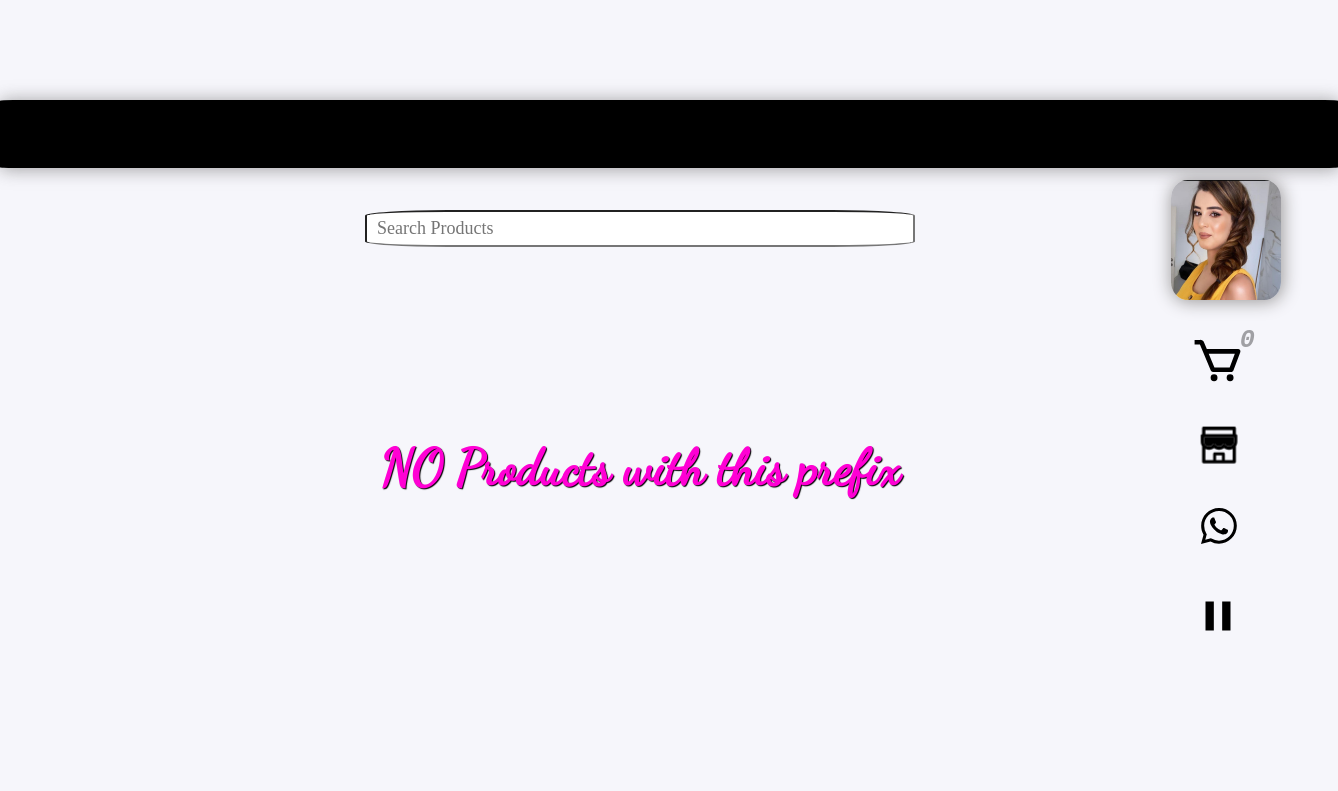
Repository: rehamAbass/BeautyCareShop
Page: /
These files come from the project's save history. The page is drawn as it stood at one moment and after the next save; the edit follows.
The browser window is 1280 px wide. The page is 1338 px wide, so the pictures cover 1338 px, including what lies to the right of the window. The pictures show the whole page.
The page's requests for data from a server got no answer. Some web fonts or font styles are not loaded; a fallback is used. The project was rebuilt for these pictures with package versions that can differ from the ones it lists, and the page was loaded fresh each time. No one was signed in, and anything a server would have sent is missing. Also part of the build but not shown: src/components/allProducts/prod/card.css, src/components/allProducts/prod/card.component.jsx, src/components/myCart/myCart.css, src/components/myCart/cartProduct/cartProduct.css, src/components/myCart/cartProduct/cartProduct.jsx, src/components/myCart/Payment/Pay.css, src/components/myCart/Payment/Pay.jsx, src/components/myCart/myCart.jsx. Imported but missing from the stored project, and not drawn on this page: src/components/header/music/ed.mp3.

Above is the page before, as saved 2022-06-08 17:37:36.

### public/index.html
<!DOCTYPE html>
<html lang="en">
  </style>
  <head>
    <meta charset="utf-8" />
    <link rel="icon" href="" />
    <meta name="viewport" content="width=device-width, initial-scale=1" />
    <meta name="theme-color" content="#000000" />
    <meta
      name="description"
      content="Web site created using create-react-app"
    />
    <link rel="apple-touch-icon" href="" />
    <link rel="manifest" href="%PUBLIC_URL%/manifest.json" />
    <link rel="preconnect" href="https://fonts.googleapis.com">
    <link rel="preconnect" href="https://fonts.gstatic.com" crossorigin>
    <link href="https://fonts.googleapis.com/css2?family=Bigelow+Rules&display=swap" rel="stylesheet">
    <link rel="preconnect" href="https://fonts.googleapis.com">
    <link rel="preconnect" href="https://fonts.gstatic.com" crossorigin>
    <link href="https://fonts.googleapis.com/css2?family=Bigelow+Rules&family=Dancing+Script&display=swap"
      rel="stylesheet">
    <title color:'purble'>BeautyShop💄</title>
  </head>
  <body>

    <div id="root"></div>
  </body>
</html>

<!--
  <video id="video1" loop="" muted="" src="https://prod-streaming-video-msn-com.akamaized.net/aa5cb260-7dae-44d3-acad-3c7053983ffe/1b790558-39a2-4d2a-bcd7-61f075e87fdd.mp4"></video>

 -->

### src/App.js

// import React from 'react'
import CardList from './components/allProducts/card-list.component';
import SearchBox from './components/search-box/search-box.component';
import './App.css'
import axios from "axios";
import React, { Component } from "react";
import Header from './components/header/header.component.jsx'
import { useState, useEffect } from 'react';
import Cart from './components/myCart/myCart.jsx'

const App = () => {
  const [products, setProducts] = useState([]);
  const [cartProducts, setCartProducts] = useState([]);
  const [filteredProducts, setFilteredProducts] = useState(products);
  const [searchString, setSearchString] = useState('');
  const [showCart, setShowCart] = useState(false);
    const [cartCounter, setCartCounter] = useState(0);
      const [Sum, setSum] = useState(0);
      const [imgs, setImgs] = useState([])

  //==========================================================================
  const   getDataFromDB= async ()=> {
    const response = await axios.get("http://localhost:8000/products/");
    setCartProducts(response);
  }
  //===========================================================
  const deleteProd = async (id) => {
    let response = await axios.delete(
      `http://localhost:8000/product/${id}`
    );
  }
  //=============================================================
  const saveProd = async (p) => {
    const response = await axios.post(
      "http://localhost:8000/product",p
    );
  }

   const  updateProd = async (p) => {
    const response = await axios.put(
      "http://localhost:8000/product",p
    );
  }
  //============================================================================
  useEffect(() => {
    fetch('http://makeup-api.herokuapp.com/api/v1/products.json?brand=maybelline')
      .then((res) => res.json())
      .then((users) => {
          users = users.map(user => (
         {id:user.id,
         name:user.name,
         brand:user.brand,
         price:user.price,
        image_link:user.image_link,
         product_link:user.product_link,
         description:user.description,
        rating:user.rating,
         product_type:user.product_type,
          product_api_url:user.product_api_url,
          product_colors:user.product_colors,
        amount:0
         }))


         getDataFromDB();
        setFilteredProducts(users);
        setProducts(users);
        setImgs(users.map((u)=>(u.image_link)));
      })
  }, []); // it runs only one time - no need to call it in each render because [] is empty !!
  //=========================================================================================
  useEffect(() => {
    let filteredgroup = products.filter((p) => p.name.toLowerCase().includes(searchString));
    setFilteredProducts(filteredgroup);
  }, [products, searchString])

  //========================================================================================
  const onSearchChanged = (event) => {
    let input = event.target.value.toLowerCase();
    setSearchString(input);
  }
  //=========================================================================================
  const addProduct=(product)=>{
        let updatePro = cartProducts.filter(p=> p.id === product.id);
     if(updatePro.length>0){
       // it means that YES the product exists before in Cart! just increase the amount of it:
       updatePro = updatePro[0];
       updatePro.amount +=1;
        let newarray = cartProducts.map(p=>( p.id === product.id ? updatePro:p )) ;
        setCartProducts(newarray);
     }else{
        let newProductToAdd = {...product, amount:1};
         setCartProducts([...cartProducts,newProductToAdd ]);
         saveProd(product);
         updateProd();
     }

      }
  //=================================================================================
  //    ,
  const deleteProduct = (product) => {
    let newArr = cartProducts.filter(p => p.id !== product.id);
    setCartProducts(newArr);
    deleteProd(product.id);
  }
 //===================================================================================
   const decreaseProduct=(product)=>{

     if(product.amount >1){
       let update = product;
       update.amount -=1;
        let newarray = cartProducts.map(p=>(p.id === product.id ? update:p )) ;
     setCartProducts(newarray);
     }else{ // amount was  === 1
        let newArr = cartProducts.filter(p=> p.id !== product.id);
         setCartProducts(newArr);
     }
      }
 //===================================================================================
useEffect(()=>{
  console.log("useEffect, cartProduct changes, so counter changes");
  let all =0;
  let summ=0;
  for(let p of cartProducts){
     all = all+p.amount;
    summ = summ+ (p.amount * p.price);
}
    setSum(summ);
    setCartCounter(all);
},[cartProducts]);

//====================================================================================
  useEffect(()=>{
    console.log("open Cart = ",showCart);
  },[showCart])
 //=========================================================================================
const HandleCart =(val)=>{
  setShowCart(val);
}
 const handleSumCount = ()=>{
  setSum(0);
  setCartProducts([]);
  setCartCounter(0);

 }
 //=========================================================================================
  return (
    <div className="App">
      <header className="App-header">
        <Header counter ={cartCounter}
        imgs={imgs}
        handleCart = {HandleCart}/>
        {showCart === false &&
          <div>
           <SearchBox
          className='search-box2'
          searchHandler={onSearchChanged}
          group={filteredProducts}
        />
            <CardList
              group={filteredProducts}
               addProduct={addProduct} />
        </div>

        }
          {(showCart === true) &&
            <Cart sum ={Sum} group={cartProducts}
           addProduct={addProduct}
            deleteProduct={deleteProduct}
            decreaseProduct={decreaseProduct}
              handleSumCount={handleSumCount}
            />
          }
      </header>
    </div>
  )
}

export default App;

### src/components/allProducts/card-list.component.jsx

import './card-list.css'
import Card from './prod/card.component'
import React from 'react'

const CardList = ({ group ,addProduct}) => {
    return (
        <div className='card-list'>
            {group.map((p,i) =>
                (
                    <Card
                    key={i}
                    product={p}
                     addProduct={addProduct}/>
                )
            )
            }
        </div >

    )
}

export default CardList;

### src/components/search-box/search-box.component.jsx

import React from 'react'
import './search-box.css'


const SearchBox = ({ className, placeholder, searchHandler, group }) => {

    return (
        <div className='search-box'>
            <input
                className={className}
                type='search'
                placeholder='Search Products'
                onChange={searchHandler}
                style={{
                     fontStyle:'unset', fontStretch: 'extra-expanded'
                , fontSize:'large', borderRadius:'15%'}}
            />
            {group.length === 0 ?
                <div className='alert2'> NO Products with this prefix </div> : ''}
        </div>
    )
}


export default SearchBox;

### src/App.css
body {
  margin: 0;
  padding: 0;
  font-family: -apple-system, BlinkMacSystemFont, 'Segoe UI', 'Roboto', 'Oxygen',
    'Ubuntu', 'Cantarell', 'Fira Sans', 'Droid Sans', 'Helvetica Neue',
    sans-serif;
    background-color:rgba(192, 190, 228, 0.135);
  -webkit-font-smoothing: antialiased;
  -moz-osx-font-smoothing: grayscale;
  text-align: center;
}



















/* -------------------------------------------------------------------------------------- */

/* .App {
  text-align: center;
}

.App-logo {
  height: 40vmin;
  pointer-events: none;
}

@media (prefers-reduced-motion: no-preference) {
  .App-logo {
    animation: App-logo-spin infinite 20s linear;
  }
}

.App-header {
  background-color: #2d5cba;
  min-height: 100vh;
  display: flex;
  flex-direction: column;
  align-items: center;
  justify-content: center;
  font-size: calc(10px + 2vmin);
  color: white;
}

.App-link {
  color: #61dafb;
}

@keyframes App-logo-spin {
  from {
    transform: rotate(0deg);
  }
  to {
    transform: rotate(360deg);
  }
}

*/

### src/components/header/header.component.jsx
import React from 'react'
import './header.css'
import Music from './music/music.component';
import fatme from './fatme.jpeg'
import CartIcon from './cartIcon/cartIcon.component';
import {BsWhatsapp} from 'react-icons/bs'
import {AiTwotoneShop} from 'react-icons/ai'

const Header = ({counter,imgs, handleCart}) => {
    return (
        <div className='headClass'>
        <div className='imgs'>
            {imgs.map((link, i) => (
                    (i>=19 && i <29)&&<img
                    style={{transform:'scale(1)' ,  margin:'0px'}}
                    key={i}
                    src={link} alt='prod' />

            ))}
        </div>

            <img className='myImg' src={fatme} alt='me'
            />
               <CartIcon
            counter={counter}
             handleCart={handleCart}
            />
            <AiTwotoneShop
            className='goHome'
                onClick={() => {
                     handleCart(false)}}
            />
            <h4 className='title' >
                <marquee direction='left' loop='2' >Fatima Beauty Care Shop</marquee>
            </h4>


            <Music />


            <a  className='whatsApp'  aria-label="whats"
                target="_blank" rel="noopener"
                href="https://api.whatsapp.com/send?phone=972543656019&text=hello%20Fatima%20from%20your%20BeautyCareShop%20Website%20💄"
              >
              <BsWhatsapp/>
            </a>
        </div>
    )
}

export default Header;

### src/components/allProducts/card-list.css
.card-list {
     width: 1100px;
    margin-left: 4%;
    display: grid;
    grid-template-columns: 4fr 4fr 4fr;
    /* grid-gap: 1%; */
    margin-top: 4%;
    margin-bottom:15%;
}

### src/components/search-box/search-box.css
.search-box {
    padding: 10px;
}

.alert2 {
    margin-top: 150px;
    text-align: center;
    padding: 40px;
    color: rgb(255, 0, 212);
    font-size: 50px;
    font-stretch: extra-expanded;
    font-family: 'Dancing Script';
    font-weight: bolder;
    text-shadow: 1px 1px  1px rgb(0, 0, 0);
    transform: scale(1);
}

.search-box2 {
    width: 550px;
    height: 37px;
    margin-top: 170px;
    padding: 10px;
    line-height: 30px;
    margin-bottom: 1px;
    color: rgb(0, 0, 0);
    font-weight: 400;
    font-family:serif;

}

### src/components/header/header.css
.title {
    width: 110%;
    position: relative;
    font-size: 46px;
    font-weight: bolder;
    font-family: 'Dancing Script';
 color:rgb(251, 251, 251);
    font-stretch: extra-expanded;
    /* text-shadow: 11px 1px 11px rgb(255, 0, 123); */
    background-color: rgb(0, 0, 0);
     box-shadow: 1px 1px 17px 1px rgba(135, 134, 135, 0.74);
     margin-top: 40px;
     border-radius:1%;
}
.imgs{
    width: 110%;
    position: relative;
    height:60px;
     margin: 0px;
}
.goHome{
    color:rgb(0, 0, 0);
     position:fixed;
    margin-left: 47%;
    margin-top:376px;
     transform: scale(2.6);
}
.goHome:hover{
    color:rgb(160, 160, 164);
    transform:scale(3);
}
.whatsApp{
    color:rgb(0, 0, 0);
     position:fixed;
    margin-left: 47%;
    margin-top:290px;
     transform: scale(2);
}
.whatsApp:hover{
  color:rgb(160, 160, 164);

   }
.myImg{
    position:fixed;
    margin-left: 44%;
    margin-top:120px;
    width: 110px;
  height: 120px;
    box-shadow: 1px 1px 17px 1px rgb(155, 153, 153);
    border-radius:15%;
}

.headClass {
    border-radius: 12%;
    width: 95%;
    height: 30px;
    font-size: large;
    /* font-weight: 700; */
    font-style: italic;

}

### src/components/header/music/music.component.jsx
import './music.css'
import { useState, useEffect } from 'react'
import { MdPlayArrow, MdPause } from 'react-icons/md'
import  React  from 'react'
import ed from "./ed.mp3";

const aud = new Audio(ed);
aud.play();

const Music = () => {
    const [flagPlaying, setIsActive] = useState(true);
    const handleClick = (value) => {
        setIsActive(value);
        if (value === true) {
            aud.loop = true;
            aud.play();
        } else {
            aud.pause();
            aud.loop = false;
        }
    }

    return (<div className='myAudio'>
        {(flagPlaying === false) &&
            <MdPlayArrow
                className='btnAudio'
                onClick={() => {
                    if (flagPlaying === false) {
                        handleClick(true);
                    }
                }}
            />
        }
        {(flagPlaying === true) &&
            <MdPause
                className='btnAudio'
                style={{color:'black'}}
                onClick={() => {
                    if (flagPlaying === true) {
                        handleClick(false);
                    }
                }}
            />
        }
    </div>
    )
}


export default Music;

### src/components/header/cartIcon/cartIcon.component.jsx
import React from 'react'
import './cart.css'
import { BiCart } from "react-icons/bi";


const CartIcon = ({ counter,handleCart}) => {

    return (
        <div className='cart-container'>
            <span className='counter'>{counter}</span>
            <BiCart
                    className='cartIcon'
                    onClick={() => {
                      handleCart(true);
                     }}
                />
        </div>
    )
}
export default CartIcon;

### src/components/header/music/music.css
.myAudio {}

.btnAudio {
    width:  50px;
    height: 50px;
    position:fixed;
    margin-left: 45.7%;
    margin-top: 362px;
    color:rgb(0, 0, 0);
    border-radius: 90%;
}

.btnAudio:hover {
   color : rgb(160, 160, 164);
    transform: scale(1.125);
    box-shadow: 1px 1px 10px 1px  rgb(160, 162, 169);
}

### src/components/header/cartIcon/cart.css
.cartIcon{
     position:fixed;
    width:55px;
    height:55px;
    color:rgb(0, 0, 0);
    margin-top:1%;
    /* transform: translateZ(-1);
    transition: transform 0.25s ease-out; */
}
.cartIcon:hover{
    transform:scale(1.12);
    color:rgb(160, 160, 164);
}
.cart-container{
    position:fixed;
    margin-left: 93%;
    margin-top: 260px;
}
.cart-container:hover{
    color:rgb(0, 0, 0);
 /* transform: scale(1); */
 cursor: pointer;
}
.counter{
    font-size:large;
    font-family:'Courier New', Courier, monospace;

    color:rgb(160, 160, 164);
    font-weight:bolder;
    text-align: right;
      transform: scale(1.4);
    text-shadow: 2px 2px 12px 12px rgb(0, 0, 0);
    position: fixed;
    margin-left: 4%;
    margin-top:0.8%;
}

Loaded but not shown: src/index.js (common file); src/index.css (common file)

After the next save:
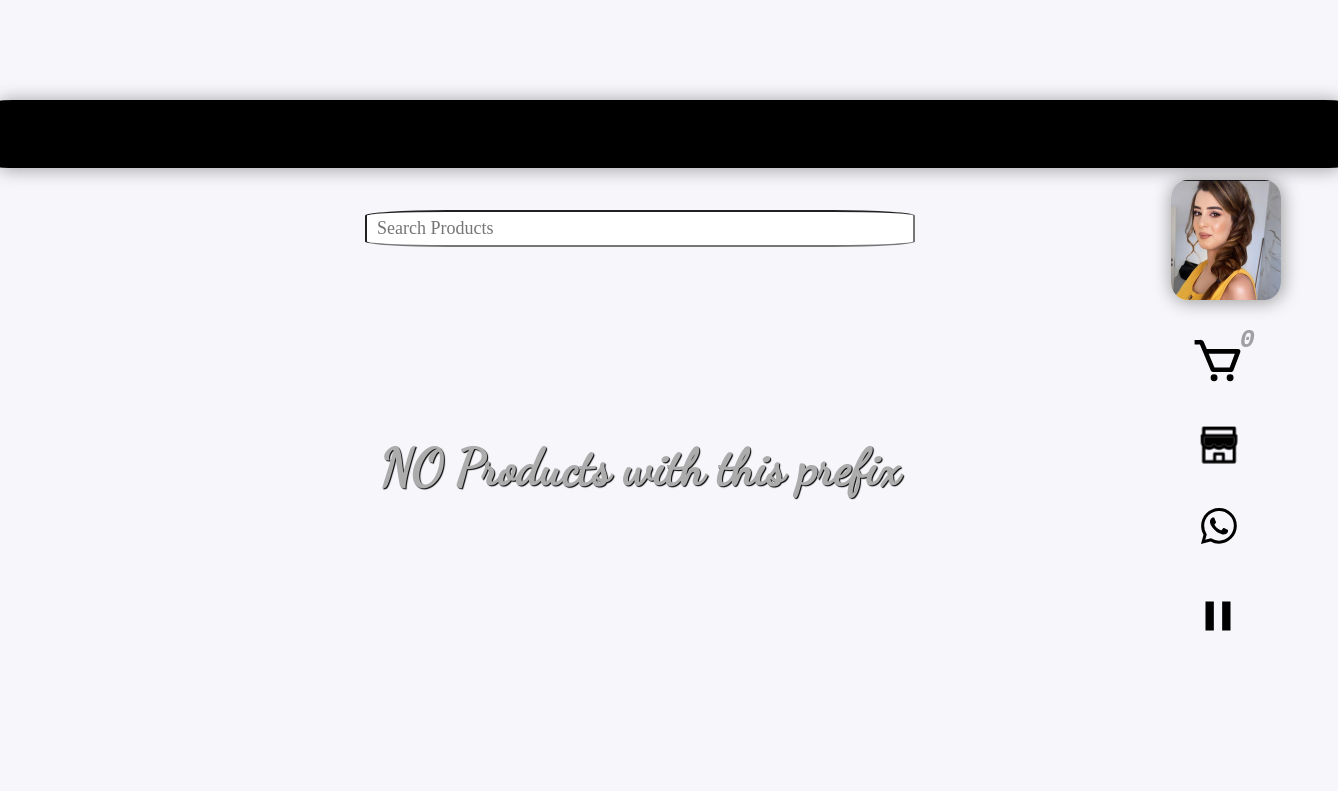
Saved 32 s later.
--- a/src/components/search-box/search-box.css
+++ b/src/components/search-box/search-box.css
@@ -6,7 +6,7 @@
     margin-top: 150px;
     text-align: center;
     padding: 40px;
-    color: rgb(255, 0, 212);
+    color: rgb(172, 172, 172);
     font-size: 50px;
     font-stretch: extra-expanded;
     font-family: 'Dancing Script';
